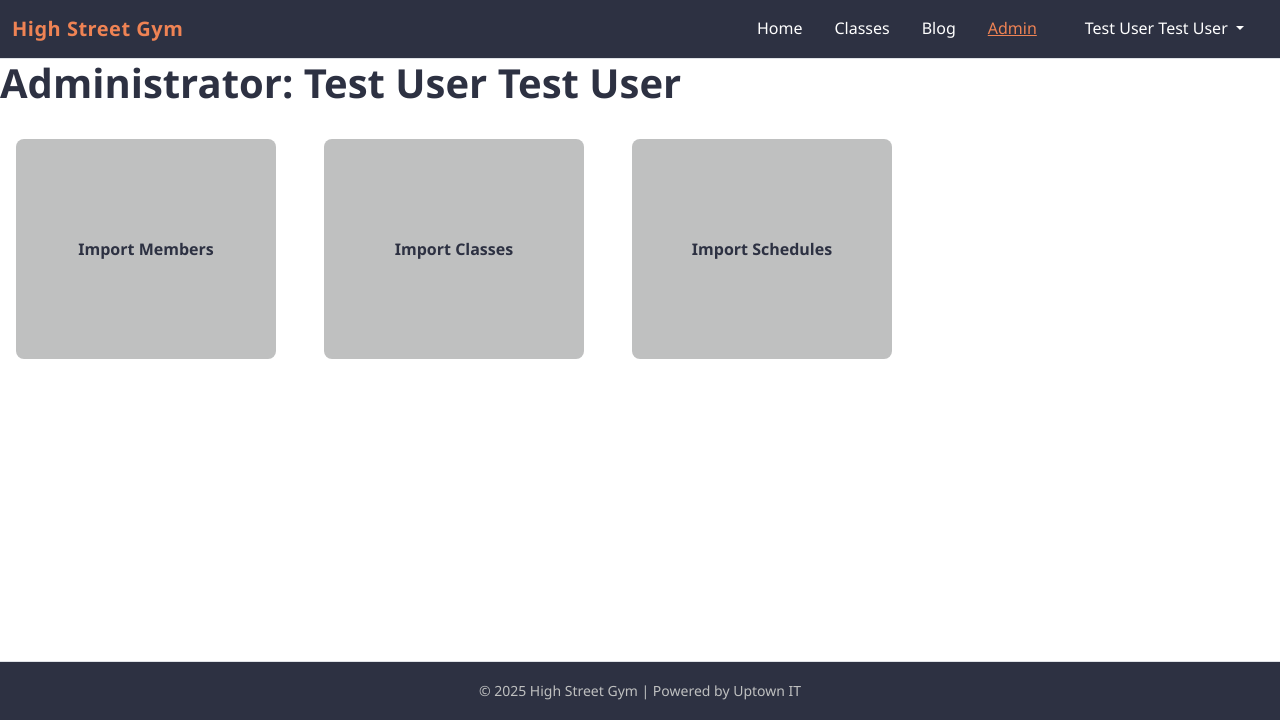
Repository: HBDSolutions/highstreetgym
Page: http://localhost/highstreetgym/controllers/content/admin_controller.php
The author's editor kept a copy of each file at every save. The page is drawn from the files as they stood at one save, then again after the next save.
The browser window is 1280 px wide. The pictures show the whole page.
The page is run by PHP 8.4 with error messages shown; the project is at /var/www/html/. The session is filled in as if someone had signed in: {"user_id": 1, "user_email": "test@example.com", "first_name": "Test User", "last_name": "Test User", "user_type": "admin", "logged_in": true}.

Above is the page before, as saved 2025-11-12 17:24:35.

After the next save:
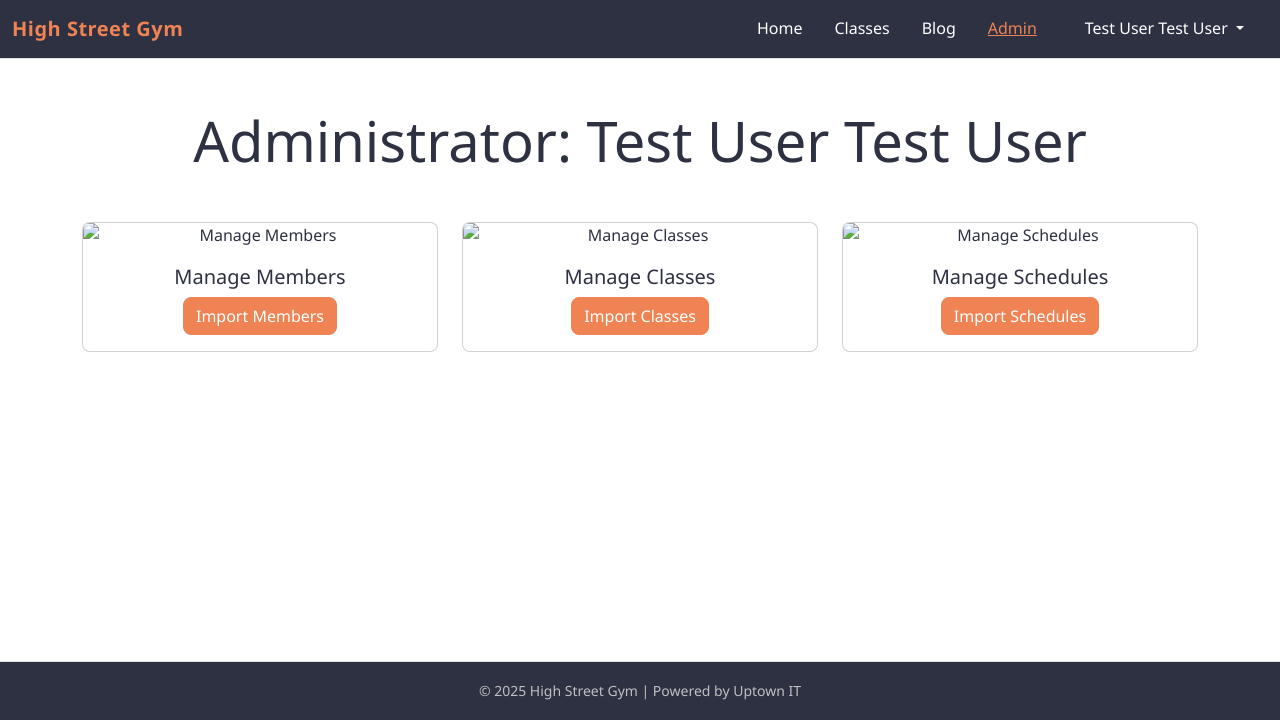
Not found: highstreetgym/assets/img/classes-admin.jpg
Not found: highstreetgym/assets/img/members-admin.jpg
Not found: highstreetgym/assets/img/schedule-admin.jpg
Saved 31 s later.
--- a/views/admin/dashboard.php
+++ b/views/admin/dashboard.php
@@ -6,22 +6,46 @@
 <!-- SKIP LINK FOR ACCESSIBILITY -->
 <a class="skip-link" href="#main">Skip to content</a>
 
-<!-- PAGE TITLE -->
-<header>
-  <h1>Administrator: <?= htmlspecialchars($currentUser['user_name']) ?></h1>
-</header>
+<!-- ADMIN HOME CONTENT -->
+<section class="container my-5">
 
-<!-- IMPORT LINKS -->
-<section aria-label="Admin Imports">
-  <div class="tile">
-    <a href="/highstreetgym/controllers/content/xml_import_controller.php?type=members">Import Members</a>
-  </div>
+    <header class="text-center mb-5">
+        <h1 class="display-4">Administrator: <?= htmlspecialchars($currentUser['user_name']) ?></h1>
+    </header>
 
-  <div class="tile">
-    <a href="/highstreetgym/controllers/content/xml_import_controller.php?type=classes">Import Classes</a>
-  </div>
+    <section class="row g-4 mb-5">
+        <article class="col-md-4">
+            <div class="card h-100 text-center">
+                <img src="/highstreetgym/assets/img/members-admin.jpg" class="card-img-top" alt="Manage Members">
+                <div class="card-body">
+                    <h2 class="h5">Manage Members</h2>
+                    <a href="/highstreetgym/controllers/content/xml_import_controller.php?type=members"
+                       class="btn btn-primary">Import Members</a>
+                </div>
+            </div>
+        </article>
 
-  <div class="tile">
-    <a href="/highstreetgym/controllers/content/xml_import_controller.php?type=schedules">Import Schedules</a>
-  </div>
+        <article class="col-md-4">
+            <div class="card h-100 text-center">
+                <img src="/highstreetgym/assets/img/classes-admin.jpg" class="card-img-top" alt="Manage Classes">
+                <div class="card-body">
+                    <h2 class="h5">Manage Classes</h2>
+                    <a href="/highstreetgym/controllers/content/xml_import_controller.php?type=classes"
+                       class="btn btn-primary">Import Classes</a>
+                </div>
+            </div>
+        </article>
+
+        <article class="col-md-4">
+            <div class="card h-100 text-center">
+                <img src="/highstreetgym/assets/img/schedule-admin.jpg" class="card-img-top" alt="Manage Schedules">
+                <div class="card-body">
+                    <h2 class="h5">Manage Schedules</h2>
+                    <a href="/highstreetgym/controllers/content/xml_import_controller.php?type=schedules"
+                       class="btn btn-primary">Import Schedules</a>
+                </div>
+            </div>
+        </article>
+    </section>
+
 </section>

After the save that followed:
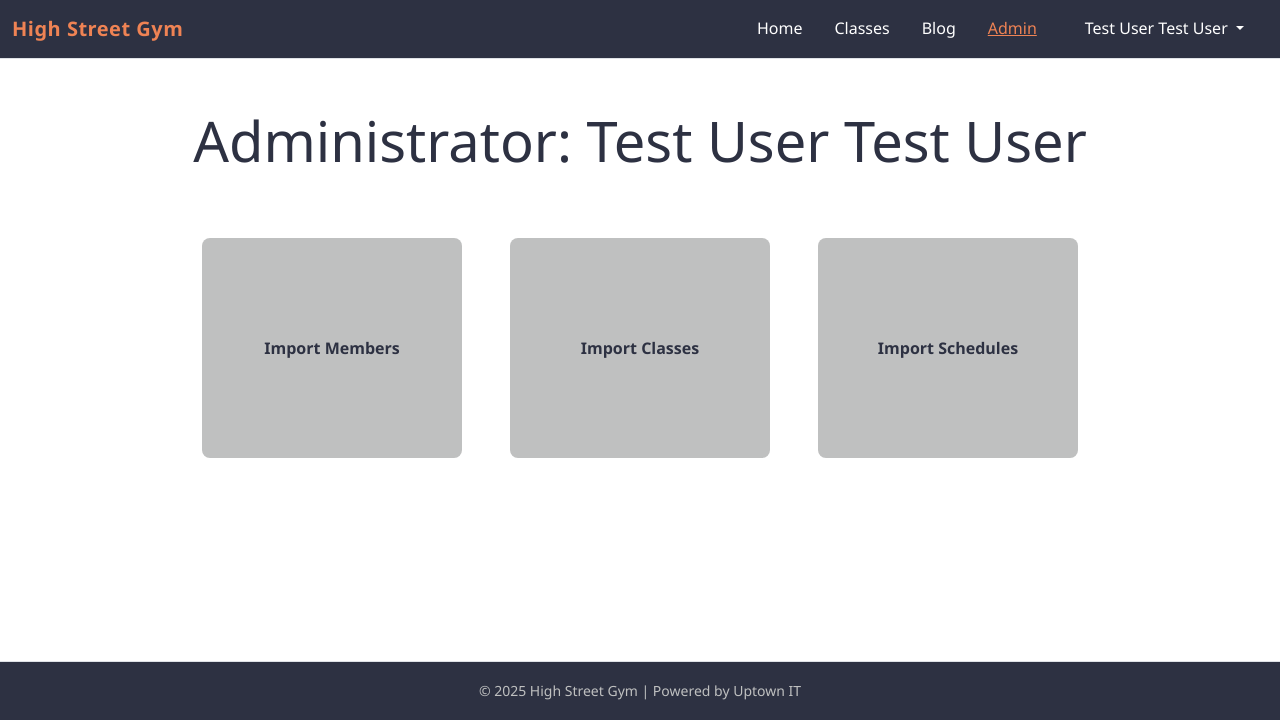
Saved 2 min 14 s later.
--- a/views/admin/dashboard.php
+++ b/views/admin/dashboard.php
@@ -13,39 +13,19 @@
         <h1 class="display-4">Administrator: <?= htmlspecialchars($currentUser['user_name']) ?></h1>
     </header>
 
-    <section class="row g-4 mb-5">
-        <article class="col-md-4">
-            <div class="card h-100 text-center">
-                <img src="/highstreetgym/assets/img/members-admin.jpg" class="card-img-top" alt="Manage Members">
-                <div class="card-body">
-                    <h2 class="h5">Manage Members</h2>
-                    <a href="/highstreetgym/controllers/content/xml_import_controller.php?type=members"
-                       class="btn btn-primary">Import Members</a>
-                </div>
-            </div>
-        </article>
+    <!-- IMPORT TILES -->
+    <section aria-label="Admin Imports" class="d-flex justify-content-center">
+        <div class="tile">
+            <a href="/highstreetgym/controllers/content/xml_import_controller.php?type=members">Import Members</a>
+        </div>
 
-        <article class="col-md-4">
-            <div class="card h-100 text-center">
-                <img src="/highstreetgym/assets/img/classes-admin.jpg" class="card-img-top" alt="Manage Classes">
-                <div class="card-body">
-                    <h2 class="h5">Manage Classes</h2>
-                    <a href="/highstreetgym/controllers/content/xml_import_controller.php?type=classes"
-                       class="btn btn-primary">Import Classes</a>
-                </div>
-            </div>
-        </article>
+        <div class="tile">
+            <a href="/highstreetgym/controllers/content/xml_import_controller.php?type=classes">Import Classes</a>
+        </div>
 
-        <article class="col-md-4">
-            <div class="card h-100 text-center">
-                <img src="/highstreetgym/assets/img/schedule-admin.jpg" class="card-img-top" alt="Manage Schedules">
-                <div class="card-body">
-                    <h2 class="h5">Manage Schedules</h2>
-                    <a href="/highstreetgym/controllers/content/xml_import_controller.php?type=schedules"
-                       class="btn btn-primary">Import Schedules</a>
-                </div>
-            </div>
-        </article>
+        <div class="tile">
+            <a href="/highstreetgym/controllers/content/xml_import_controller.php?type=schedules">Import Schedules</a>
+        </div>
     </section>
 
 </section>
